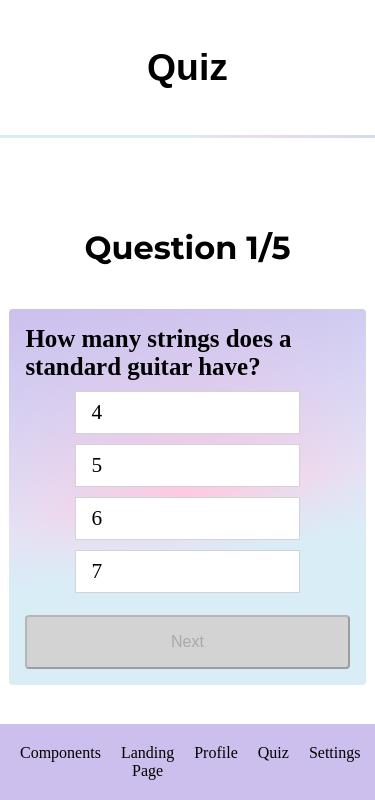
Repository: 1medi/pocketprof
Page: /quiz/page
The author's editor kept a copy of each file at every save. The page is drawn from the files as they stood at one save, then again after the next save.
The browser window is 375 px wide. The pictures show the whole page.
The project was rebuilt for these pictures with package versions that can differ from the ones it lists, and the page was loaded fresh each time. The framework's server and built-in components were replaced by stand-ins that run in the browser. Also part of the build but not shown: next.config.mjs, Components/Buttons/Oscar/Oscar.module.css, Components/Buttons/Oscar/index.js.

Above is the page before, as saved 2024-04-13 21:11:44.

After the next save:
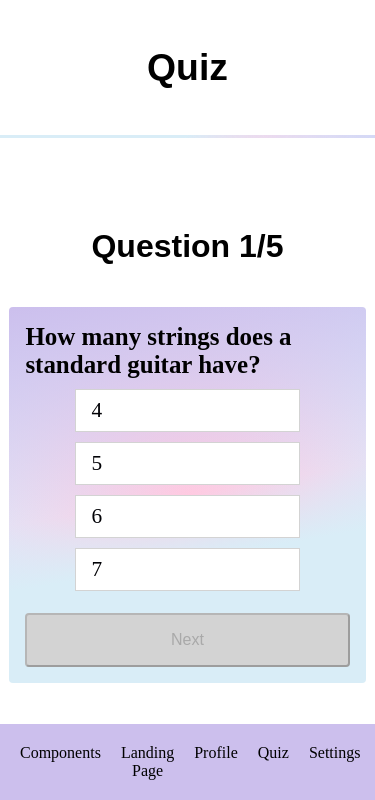
Saved 69 s later.
--- a/pages/quiz/page.module.css
+++ b/pages/quiz/page.module.css
@@ -11,12 +11,11 @@
 
 }
 
-.title,
 .activeQ{
   color: black;
   text-align: center;
   padding:10px;
-  font-family: "Montserrat", "sans-serif";
+  font-family: var(--headings);
 }
 
 .hthree {
